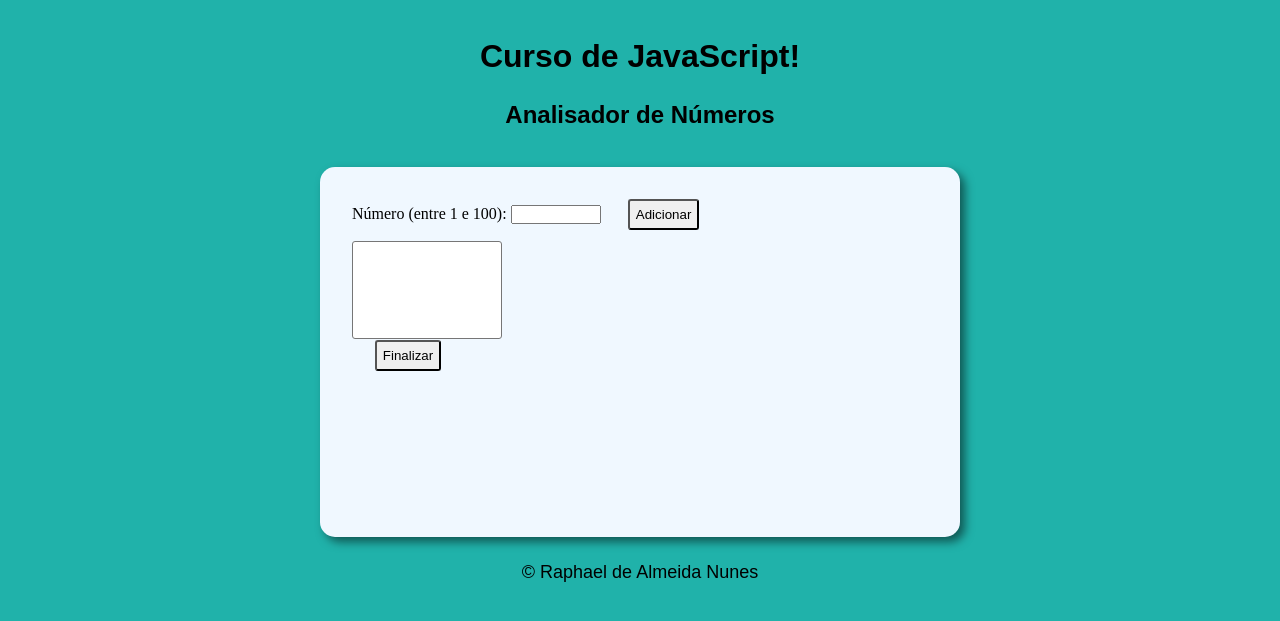
Repository: raphaanunes/codigos
Page: Cursos JavaScript/exercício/analisador de números/analisador.html
The author's editor kept a copy of each file at every save. The page is drawn from the files as they stood at one save, then again after the next save.
The browser window is 1280 px wide. The pictures show the whole page.

Above is the page before, as saved 2024-08-11 14:22:16.

After the next save:
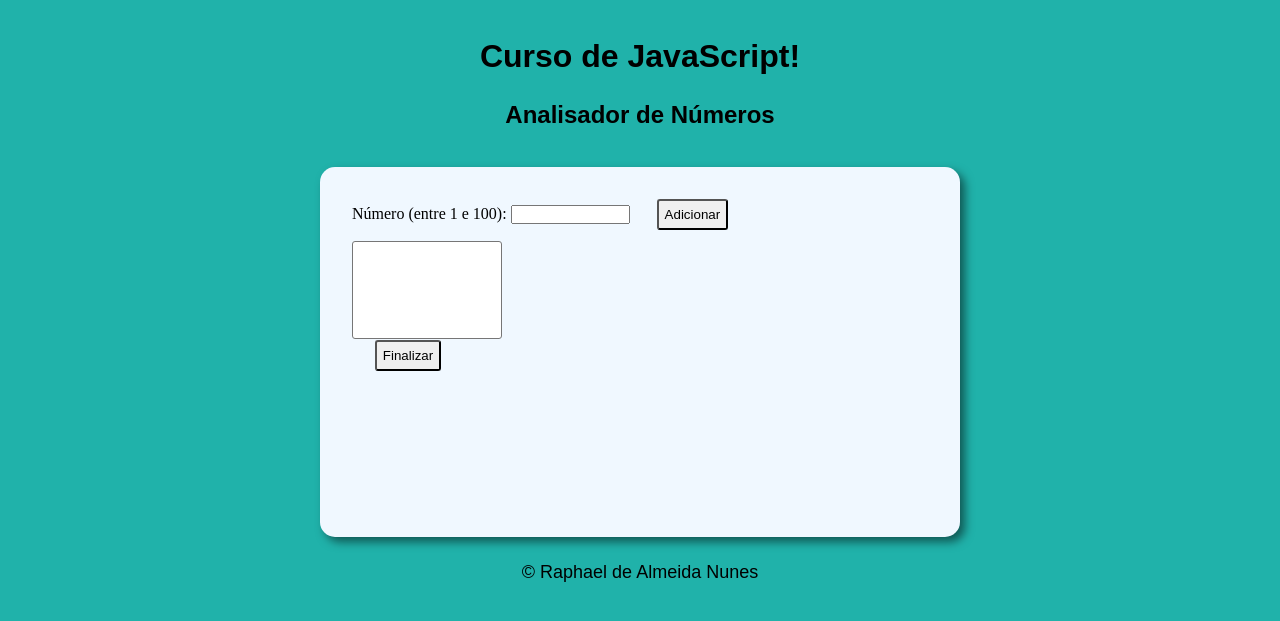
Saved 8 s later.
--- a/Cursos JavaScript/exercício/analisador de números/analisador.css
+++ b/Cursos JavaScript/exercício/analisador de números/analisador.css
@@ -46,7 +46,7 @@
 
     /* input */
 
-    input{width: 15%;}
+    input{width: 20%;}
     input {margin-bottom: 1%;}
 
     /* botao*/

After the save that followed:
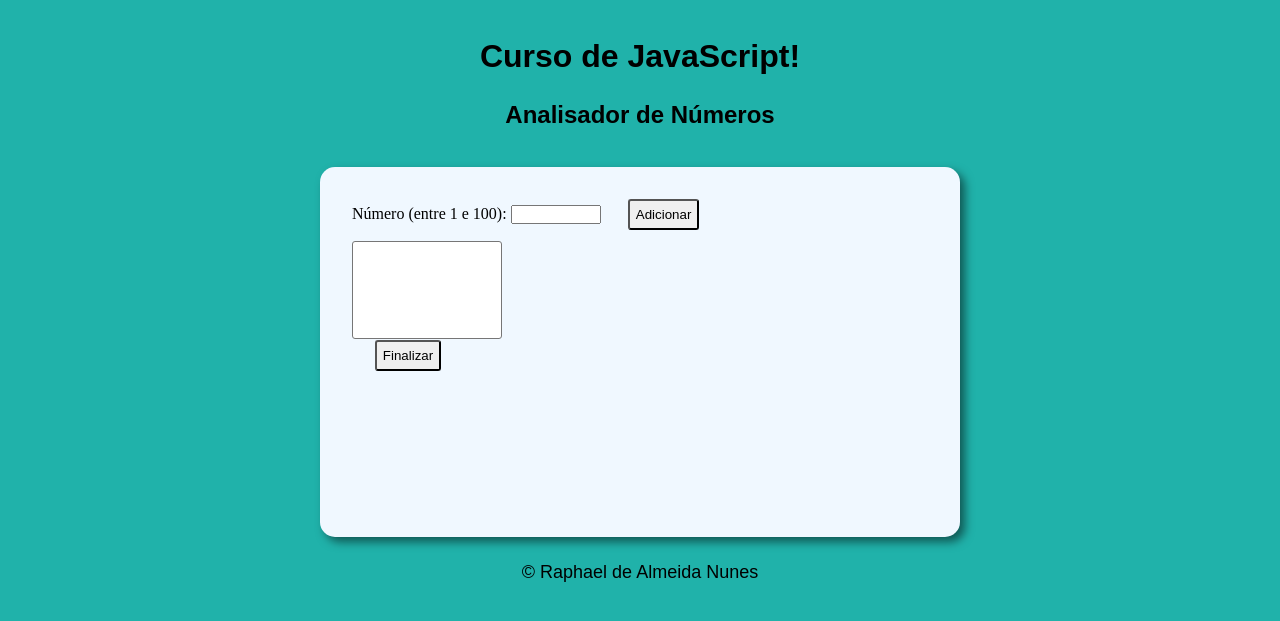
Saved 7 s later.
--- a/Cursos JavaScript/exercício/analisador de números/analisador.css
+++ b/Cursos JavaScript/exercício/analisador de números/analisador.css
@@ -46,7 +46,7 @@
 
     /* input */
 
-    input{width: 20%;}
+    input{width: 15%;}
     input {margin-bottom: 1%;}
 
     /* botao*/
